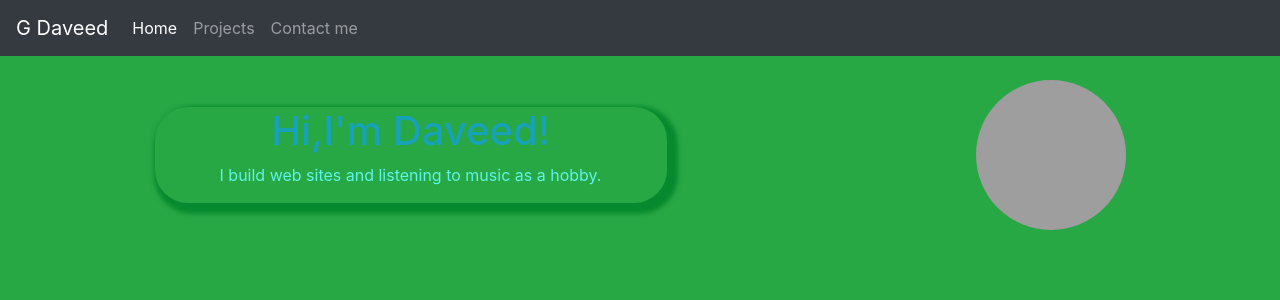
Repository: DaveedGangi/DaveedWebsite
Page: one.html
An editor plug-in stored every save of this project. The page is shown before and after the next save, followed by the edit.
The browser window is 1280 px wide. The pictures show the whole page.
Pictures or frames that could not be fetched are drawn as grey boxes.

Above is the page before, as saved 2023-10-23 11:22:46.

### one.html
<html>
    <head>
    <link rel="stylesheet" href="two.css"></link>
    <link rel="stylesheet" href="https://cdn.jsdelivr.net/npm/bootstrap@4.5.3/dist/css/bootstrap.min.css" integrity="sha384-TX8t27EcRE3e/ihU7zmQxVncDAy5uIKz4rEkgIXeMed4M0jlfIDPvg6uqKI2xXr2" crossorigin="anonymous">
    <script src="https://code.jquery.com/jquery-3.5.1.slim.min.js" integrity="sha384-DfXdz2htPH0lsSSs5nCTpuj/zy4C+OGpamoFVy38MVBnE+IbbVYUew+OrCXaRkfj" crossorigin="anonymous"></script>
    <script src="https://cdn.jsdelivr.net/npm/bootstrap@4.5.3/dist/js/bootstrap.bundle.min.js" integrity="sha384-ho+j7jyWK8fNQe+A12Hb8AhRq26LrZ/JpcUGGOn+Y7RsweNrtN/tE3MoK7ZeZDyx" crossorigin="anonymous"></script>



</head>

<body>
<div class="bgcontainer bg-success">
    <nav class="navbar navbar-expand-lg navbar-dark bg-dark">
        <a class="navbar-brand" href="#">G Daveed</a>
        <button class="navbar-toggler" type="button" data-toggle="collapse" data-target="#navbarNavAltMarkup" aria-controls="navbarNavAltMarkup" aria-expanded="false" aria-label="Toggle navigation">
          <span class="navbar-toggler-icon"></span>
        </button>
        <div class="collapse navbar-collapse" id="navbarNavAltMarkup">
          <div class="navbar-nav mr-auto">
            <a class="nav-link active" href="#">Home <span class="sr-only">(current)</span></a>
            <a class="nav-link" href="#">Projects</a>
            <a class="nav-link" href="#">Contact me</a>

          </div>
        </div>
      </nav>


      <div class="mystory">
        <div class="card1">
        <h1 class="hi text-info">Hi,I'm Daveed!</h1>
        <p class="paragraph">I build web sites and listening to music as a hobby.</p>
      </div>
      <div>
        <img class="image" src="https://i.ibb.co/T4YX7Jh/IMG-20221229-170952.jpg">
      </div>

    </div>





    </div>

</body>
</html>

### two.css
.bgcontainer {
    height:100vh;
    background-size:cover;

}
.mystory{
    color:rgb(93, 245, 230);
    display: flex;
    flex-direction: row;
    padding-top:24px;
    justify-content:space-around;
    align-items: center;

}
.image{
    height:150px;
    width:150px;
    border-radius:100px;
}
.card1{

    width:40vw;
    text-align: center;
    border-radius: 33px;
    display: flex;
    flex-direction: column;
    align-items:center;
    box-shadow:5px 5px 4px 6px rgb(7, 138, 47);
}

After the next save:
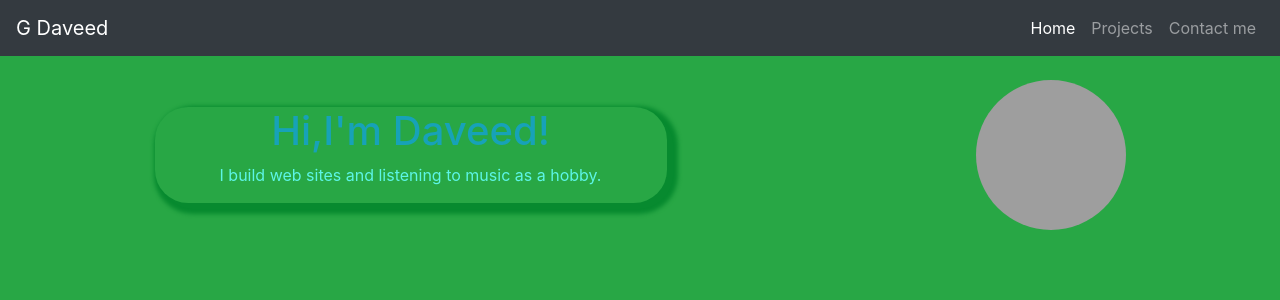
Saved 29 s later.
--- a/one.html
+++ b/one.html
@@ -17,7 +17,7 @@
           <span class="navbar-toggler-icon"></span>
         </button>
         <div class="collapse navbar-collapse" id="navbarNavAltMarkup">
-          <div class="navbar-nav mr-auto">
+          <div class="navbar-nav ml-auto">
             <a class="nav-link active" href="#">Home <span class="sr-only">(current)</span></a>
             <a class="nav-link" href="#">Projects</a>
             <a class="nav-link" href="#">Contact me</a>

After the save that followed:
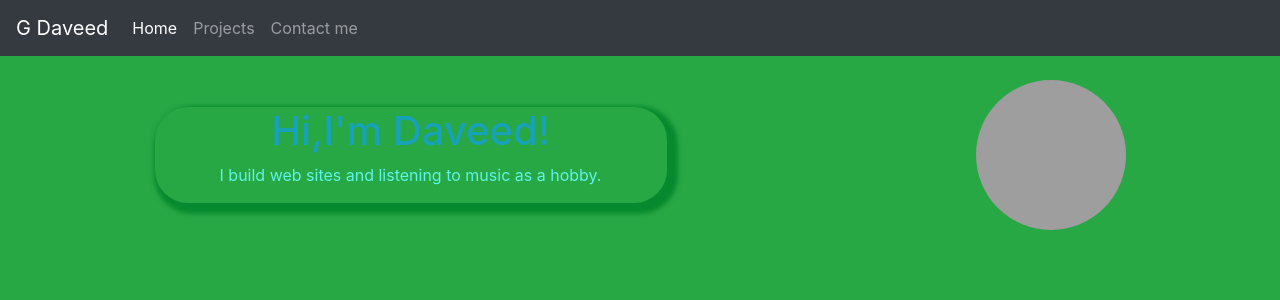
Saved 55 s later.
--- a/one.html
+++ b/one.html
@@ -17,7 +17,7 @@
           <span class="navbar-toggler-icon"></span>
         </button>
         <div class="collapse navbar-collapse" id="navbarNavAltMarkup">
-          <div class="navbar-nav ml-auto">
+          <div class="navbar-nav ">
             <a class="nav-link active" href="#">Home <span class="sr-only">(current)</span></a>
             <a class="nav-link" href="#">Projects</a>
             <a class="nav-link" href="#">Contact me</a>
